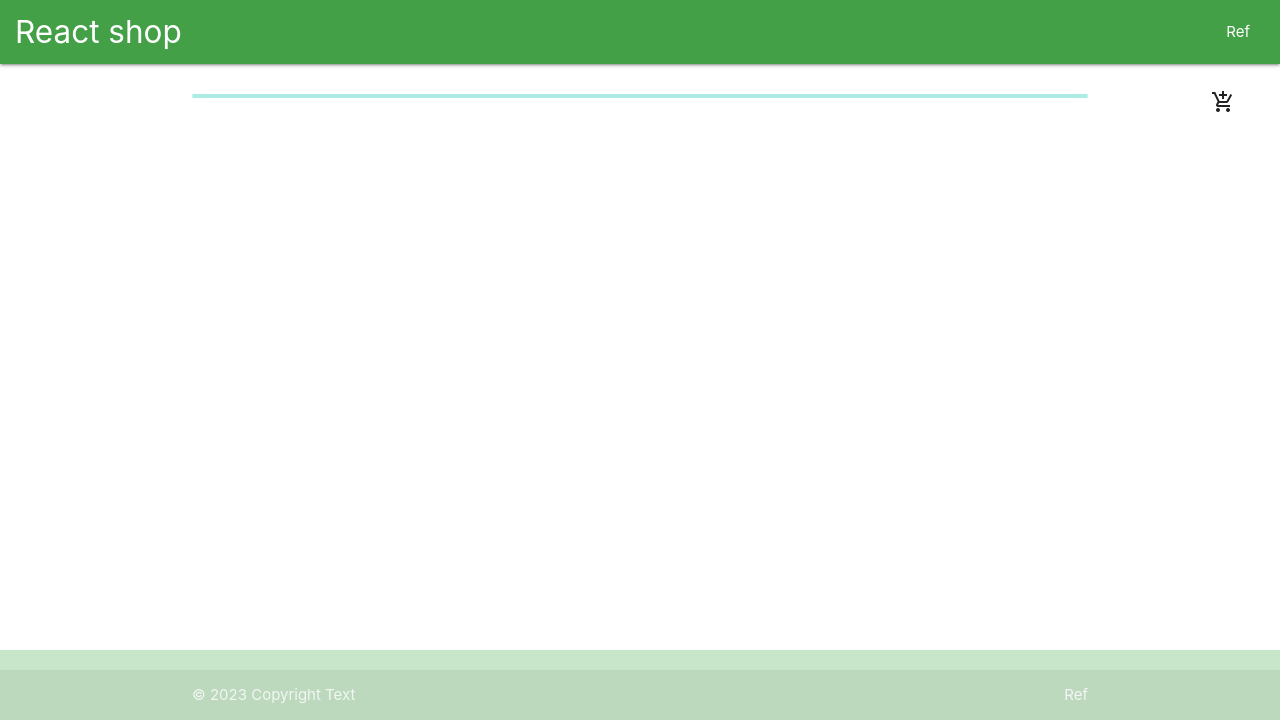
Repository: qui-qui-qui/online-shop
Page: /
These files come from the project's save history. The page is drawn as it stood at one moment and after the next save; the edit follows.
The browser window is 1280 px wide. The pictures show the whole page.
The page's requests for data from a server got no answer. The project was rebuilt for these pictures with package versions that can differ from the ones it lists, and the page was loaded fresh each time. No one was signed in, and anything a server would have sent is missing. Also part of the build but not shown: src/components/GoodsItem.jsx, src/components/GoodsList.jsx, src/components/BasketItem.jsx, src/components/BasketList.jsx.

Above is the page before, as saved 2023-01-07 18:23:48.

### public/index.html
<!DOCTYPE html>
<html lang="en">
  <head>
    <meta charset="utf-8" />
    <link rel="icon" href="%PUBLIC_URL%/favicon.ico" />
    <meta name="viewport" content="width=device-width, initial-scale=1" />
    <meta name="theme-color" content="#000000" />
    <meta
      name="pet-project"
      content="react shop"
    />
    <link rel="apple-touch-icon" href="%PUBLIC_URL%/logo192.png" />
    <link rel="manifest" href="%PUBLIC_URL%/manifest.json" />
    <title>React Shop</title>
    <link rel="stylesheet" href="https://cdnjs.cloudflare.com/ajax/libs/materialize/1.0.0/css/materialize.min.css">
    <link href="https://fonts.googleapis.com/icon?family=Material+Icons" rel="stylesheet">
  </head>
  <body>
    <noscript>You need to enable JavaScript to run this app.</noscript>
    <div id="root"></div>
  </body>
</html>

### src/index.css
body {
  margin: 0;
  font-family: -apple-system, BlinkMacSystemFont, 'Segoe UI', 'Roboto', 'Oxygen',
    'Ubuntu', 'Cantarell', 'Fira Sans', 'Droid Sans', 'Helvetica Neue',
    sans-serif;
  -webkit-font-smoothing: antialiased;
  -moz-osx-font-smoothing: grayscale;
}


nav {
  padding: 0 1rem;
}

.content {
  min-height: calc(100vh - 70px - 64px);
  padding: 1.5rem 0;
}

.goods {
  display: grid;
  grid-template-columns: repeat(auto-fill, minmax(250px, 1fr));
  gap: 1rem
}

.card {
  display: flex;
  flex-direction: column;
}

.card-content {
  flex-grow: 1;
}

.cart {
  position: fixed;
  bottom: 2rem;
  right: 2rem;

  cursor: pointer;
  z-index: 5;
  padding: 1rem;
}
@media (min-width: 767px) {
  .cart {
    top: 5rem;
    bottom: unset;
  }
}

.basket-list {
  position: fixed;
  top: 50%;
  left: 50%;
  transform: translate(-50%, -50%);

  background-color: #fff;
  width: 50rem;
  max-width: 95%;

  box-shadow: inset;
  animation: show 500ms ease-in-out;
}

.basket-close {
  cursor: pointer;
  position: absolute;
  top: 0.5rem;
  right: 0.5rem;
  color: white;
}

.basket-delete {
  cursor: pointer;
}

@keyframes show {
  from {
    top: 70%;
    opacity: 0;
  }
  to {
    top: 50%;
    opacity: 1;
  }
}

### src/App.js
import { Header } from "./components/Header";
import { Footer } from "./components/Footer";
import { Shop } from "./components/Shop";

function App() {
  return (
    <>
      <Header />
      <Shop />
      <Footer />
    </>
  );
}

export default App;

### src/components/Header.jsx
function Header() {
    return <nav className="green darken-1">
      <div className="nav-wrapper">
        <a href="!#" className="brand-logo left">React shop</a>
        <ul id="nav-mobile" className="right">
          <li><a href="!#">Ref</a></li>
        </ul>
      </div>
  </nav>
}

export {Header}

### src/components/Footer.jsx
function Footer() {
    return <footer className="page-footer green lighten-4">
    <div className="footer-copyright">
      <div className="container">
      © {new Date().getFullYear()} Copyright Text
      <a className="grey-text text-lighten-4 right" href="#!">Ref</a>
      </div>
    </div>
  </footer>
}

export {Footer}

### src/components/Shop.jsx
import { useState, useEffect } from "react";
import { API_KEY, API_URL } from "../config";
import { Preloader } from "./Preloader";
import { GoodsList } from "./GoodsList";
import { Cart } from "./Cart";
import { BasketList } from "./BasketList";

function Shop() {
  const [goods, setGoods] = useState([]);
  const [loading, setLoading] = useState(true);
  const [order, setOrder] = useState([]);
  const [isBasketShow, setBasketShow] = useState(false);

  const addToBasket = (item) => {
    const itemIndex = order.findIndex((orderItem) => orderItem.id === item.id);

    if (itemIndex < 0) {
      const newItem = {
        ...item,
        quantity: 1,
      };
      setOrder([...order, newItem]);
    } else {
      const newOrder = order.map((orderItem, index) => {
        if (index === itemIndex) {
          return {
            ...orderItem,
            quantity: orderItem.quantity + 1,
          };
        } else {
          return orderItem;
        }
      });

      setOrder(newOrder);
    }
  };

  const removeFromBasket = (itemId) => {
    const newOrder = order.filter((el) => el.id !== itemId);
    setOrder(newOrder);
  };

  const incQuantity = (itemId) => {
    const newOrder = order.map((el) => {
      if (el.id === itemId) {
        const newQuantity = el.quantity + 1;
        return {
          ...el,
          quantity: newQuantity,
        };
      } else {
        return el;
      }
    });
    setOrder(newOrder);
  };

  const decQuantity = (itemId) => {
    const newOrder = order.map((el) => {
      if (el.id === itemId) {
        const newQuantity = el.quantity - 1;
        return {
          ...el,
          quantity: newQuantity >= 0 ? newQuantity : 0,
        };
      } else {
        return el;
      }
    });
    setOrder(newOrder);
  };

  const handleBasketShow = () => {
    setBasketShow(!isBasketShow);
  };

  useEffect(function getGoods() {
    fetch(API_URL, {
      headers: {
        Authorization: API_KEY,
      },
    })
      .then((response) => response.json())
      .then((data) => {
        data.featured && setGoods(data.featured);
        setLoading(false);
      });
  }, []);

  return (
    <main className="container content">
      <Cart quantity={order.length} handleBasketShow={handleBasketShow} />
      {loading ? (
        <Preloader />
      ) : (
        <GoodsList goods={goods} addToBasket={addToBasket} />
      )}
      {isBasketShow && (
        <BasketList
          order={order}
          handleBasketShow={handleBasketShow}
          removeFromBasket={removeFromBasket}
          incQuantity={incQuantity}
          decQuantity={decQuantity}
        />
      )}
    </main>
  );
}

export { Shop };

### src/config.js
const API_KEY = '6c6ecc31-c6e59085-63220236-a525db2c';

const API_URL = 'https://fortniteapi.io/v1/shop?lang=ru';

export {
    API_KEY,
    API_URL
};

### src/components/Preloader.jsx
function Preloader() {
  return (
    <div className="progress">
      <div className="interminate"></div>
    </div>
  );
}

export { Preloader };

### src/components/Cart.jsx
function Cart(props) {
    const {quantity = 0, handleBasketShow = Function.prototype} = props;

    return (
        <div className="cart deep-blue lighten-2" onClick={handleBasketShow}>
            <i className="material-icons">add_shopping_cart</i>
            {quantity ? (
                <span className="cart-quantity">{quantity}</span>
            ) : null}
        </div>
    )
}

export {Cart};

Loaded but not shown: src/index.js (common file)

After the next save:
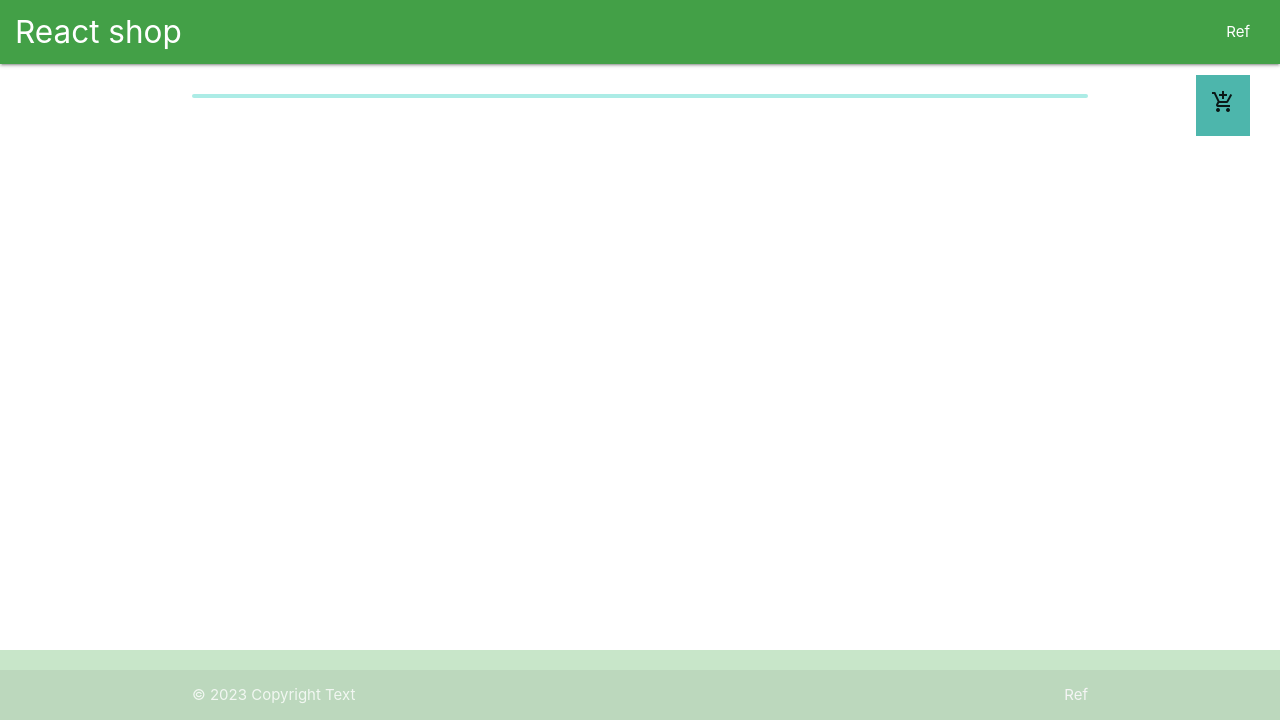
Saved 25 s later.
--- a/src/components/Cart.jsx
+++ b/src/components/Cart.jsx
@@ -2,7 +2,7 @@ function Cart(props) {
     const {quantity = 0, handleBasketShow = Function.prototype} = props;
 
     return (
-        <div className="cart deep-blue lighten-2" onClick={handleBasketShow}>
+        <div className="cart #4db6ac teal lighten-2" onClick={handleBasketShow}>
             <i className="material-icons">add_shopping_cart</i>
             {quantity ? (
                 <span className="cart-quantity">{quantity}</span>
